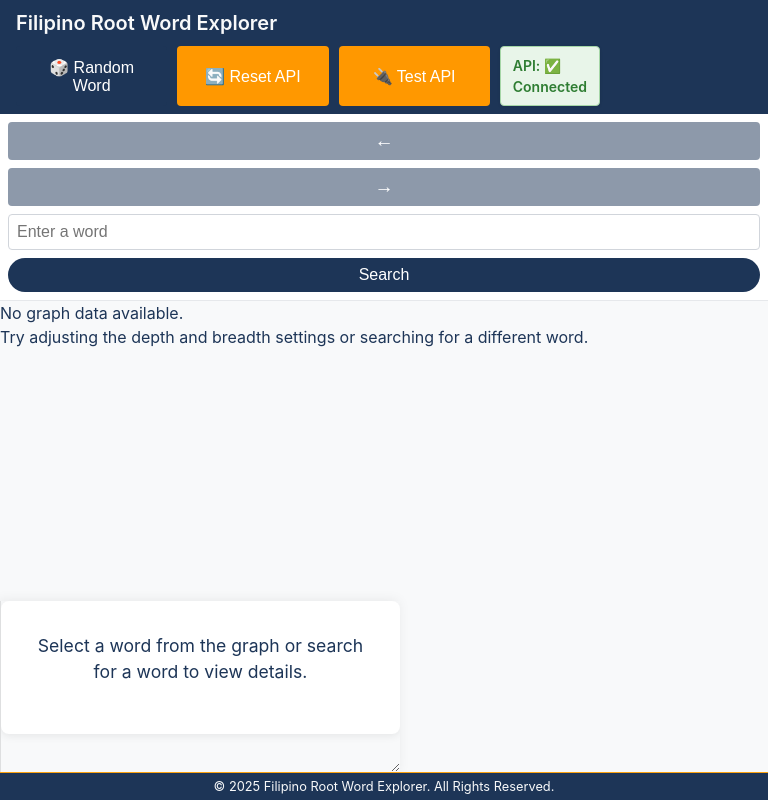
Repository: fish-and-bear/lexicon-gnn-ph
Page: /
These files come from the project's save history. The page is drawn as it stood at one moment and after the next save; the edit follows.
The browser window is 768 px wide. The pictures show the whole page.
The page's requests for data from a server got no answer. Some web fonts or font styles are not loaded; a fallback is used. The project was rebuilt for these pictures with package versions that can differ from the ones it lists, and the page was loaded fresh each time. No one was signed in, and anything a server would have sent is missing. Also part of the build but not shown: vite.config.js, src/components/WordGraphComponent.tsx, src/components/WordDetails.tsx, src/components/ErrorBoundary.tsx. Imported but missing from the stored project, and not drawn on this page: src/reportWebVitals.

Above is the page before, as saved 2025-03-03 20:21:06.

### public/index.html
<!DOCTYPE html>
<html lang="en">
  <head>
    <meta charset="utf-8" />
    <meta name="viewport" content="width=device-width, initial-scale=1" />
    <meta name="description" content="Explore the roots and relationships of Filipino words with our interactive Word Explorer." />

    <!-- Open Graph Meta Tags for Social Media Embedding -->
    <meta property="og:title" content="Filipino Root Word Explorer" />
    <meta property="og:description" content="Discover the intricate relationships and origins of Filipino words." />
    <meta property="og:image" content="/logo512.png" />
    <meta property="og:url" content="https://explorer.hapinas.net/" />
    <meta property="og:type" content="website" />

    <!-- Twitter Card Meta Tags -->
    <meta name="twitter:card" content="summary_large_image" />
    <meta name="twitter:title" content="Filipino Root Word Explorer" />
    <meta name="twitter:description" content="Explore the intricate relationships and origins of Filipino words with our interactive Word Explorer." />
    <meta name="twitter:image" content="/logo512.png" />

    <!-- Favicon and App Icons -->
    <link rel="icon" href="/logo512.png" />
    <link rel="apple-touch-icon" href="/logo512.png" />

    <!-- Fonts -->
    <link href="https://fonts.googleapis.com/css2?family=Playfair+Display:ital,wght@0,400;0,700;1,400&display=swap" rel="stylesheet">
    <link href="https://fonts.googleapis.com/css2?family=Roboto:wght@400;700&display=swap" rel="stylesheet">

    <!-- Manifest -->
    <link rel="manifest" href="/manifest.json" />

    <!-- Title -->
    <title>Filipino Root Word Explorer</title>
  </head>
  <body>
    <div id="root"></div>
  </body>
</html>

### src/index.tsx
import React from 'react';
import ReactDOM from 'react-dom/client';
import './styles/global.css';
import App from './App';
import reportWebVitals from './reportWebVitals';
import { resetCircuitBreaker } from './api/wordApi';

// Reset circuit breaker on application start
try {
  resetCircuitBreaker();
  console.log('Circuit breaker state cleared on startup');
} catch (e) {
  console.error('Error clearing circuit breaker state:', e);
}

const root = ReactDOM.createRoot(
  document.getElementById('root') as HTMLElement
);
root.render(
  <React.StrictMode>
    <App />
  </React.StrictMode>
);

// If you want to start measuring performance in your app, pass a function
// to log results (for example: reportWebVitals(console.log))
// or send to an analytics endpoint. Learn more: https://bit.ly/CRA-vitals
reportWebVitals();

### src/App.tsx
import React from 'react';
import WordExplorer from '../src/components/WordExplorer';
import { ThemeProvider } from '../src/contexts/ThemeContext';
import ErrorBoundary from '../src/components/ErrorBoundary';
import './App.css';

const App: React.FC = () => {
  return (
    <ErrorBoundary>
      <ThemeProvider>
        <div className="app">
          <WordExplorer />
        </div>
      </ThemeProvider>
    </ErrorBoundary>
  );
};

export default App;

### src/contexts/ThemeContext.tsx
import React, { createContext, useContext, useState, ReactNode } from 'react';

// Define the types for your context
interface ThemeContextType {
  theme: string;
  toggleTheme: () => void;
}

// Create the context with default values
const ThemeContext = createContext<ThemeContextType | undefined>(undefined);

export const ThemeProvider: React.FC<{ children: ReactNode }> = ({ children }) => {
  const [theme, setTheme] = useState('light');

  const toggleTheme = () => {
    setTheme((prevTheme) => (prevTheme === 'light' ? 'dark' : 'light'));
  };

  return (
    <ThemeContext.Provider value={{ theme, toggleTheme }}>
      <div className={theme}>{children}</div>
    </ThemeContext.Provider>
  );
};

// Custom hook to use the ThemeContext
export const useTheme = () => {
  const context = useContext(ThemeContext);
  if (!context) {
    throw new Error('useTheme must be used within a ThemeProvider');
  }
  return context;
};

// Export the ThemeContext for direct access if needed
export { ThemeContext };

// Optionally, export a toggle button component for convenience
export const ThemeToggleButton: React.FC = () => {
  const { theme, toggleTheme } = useTheme();

  return (
    <button onClick={toggleTheme}>
      Switch to {theme === 'light' ? 'dark' : 'light'} mode
    </button>
  );
};

### src/App.css
.app {
  margin: 0;
  padding: 0;
  font-family: 'Inter', sans-serif;
  background-color: var(--bg-color);
  color: var(--text-color);
}

### src/utils/sanitizer.ts
export function sanitizeInput(input: string): string {
    // Implement sanitization logic here
    return input.trim().toLowerCase();
  }

### src/components/index.ts
export { default as WordGraphComponent } from './WordGraphComponent';
export { default as WordDetails } from './WordDetails';

### src/components/WordExplorer.css
:root {
  --bg-color: #f8f9fa;
  --text-color: #1d3557;
  --primary-color: #1d3557;
  --secondary-color: #e63946;
  --accent-color: #fca311;
  --gold: #d4af37;
  --card-bg-color: #ffffff;
  --card-border-color: #e6e8eb;
  --input-bg-color: #ffffff;
  --input-border-color: #d1d5db;
  --button-color: #1d3557;
  --button-text-color: #ffffff;
  --graph-bg-color: #f1f5f9;
  --color-main: #1d3557;
  --color-derivative: #457b9d;
  --color-etymology: #2a9d8f;
  --color-root: #e63946;
  --color-associated: #fca311;
  --color-default: #6c757d;
  --node-text-color: #1d3557;
  --link-color: #1d3557;
  --selected-node-border-color: #e6e8eb;
  --card-bg-color-rgb: 255, 255, 255; /* for light theme */
  --definition-bg-color: #ffffff;
}

.dark {
  --bg-color: #0b0f1d;
  --header-color: #0b0f1d;
  --footer-color: #0b0f1d;
  --text-color: #d1c4a9;
  --text-color-white: #e0e4f5;
  --primary-color: #ffd166;
  --secondary-color: #b82e3d;
  --accent-color: #e09f3e;
  --gold: #d4af37;
  --red: #e63946;
  --source-color: #4a6fa5;
  --card-bg-color: #0b0f1d;
  --card-border-color: rgba(75, 86, 115, 0.2);
  --input-bg-color: #141824;
  --definition-bg-color: #0b0f1d;
  --input-border-color: #4a5575;
  --button-color: var(--text-color);
  --button-text-color: #0b0f1d;
  --graph-bg-color: #101625;
  --link-color: #7b9cc2;
  --color-main: #1d3557;
  --color-derivative: #457b9d;
  --color-etymology: #2a9d8f;
  --color-root: #e63946;
  --color-associated: #fca311;
  --color-default: #a2a8b2;
  --node-text-color: #e0e0e0;
  --selected-node-border-color: var(--text-color);
  --card-bg-color-rgb: 11, 15, 29; /* updated for dark theme */
}

body, html {
  margin: 0;
  padding: 0;
  font-family: 'Inter', sans-serif;
  background-color: var(--bg-color);
  color: var(--text-color);
  height: 100vh;
  overflow: hidden;
}

.word-explorer {
  display: flex;
  flex-direction: column;
  height: 100vh;
}

.header-content {
  display: flex;
  justify-content: space-between;
  align-items: center;
  padding: 0.5rem 1rem;
  background-color: var(--primary-color);
  color: var(--bg-color);
}

.dark .header-content {
  background-color: var(--header-color);
  color: var(--primary-color);
}

h1 {
  font-size: 1.25rem;
  font-weight: 600;
  margin: 0;
}

main {
  display: flex;
  flex: 1;
  overflow: hidden;
}

.graph-container {
  flex: 1;
  display: flex;
  flex-direction: column;
  overflow: hidden;
}

.graph-content {
  flex: 1;
  position: relative;
  overflow: hidden;
}

.details-container {
  padding: 0;
  overflow-y: auto;
  background-color: white;
  border-left: 1px solid rgba(0, 0, 0, 0.1);
  color: var(--text-color);
}

.no-word-selected {
  display: flex;
  flex-direction: column;
  align-items: center;
  justify-content: center;
  height: 100%;
  text-align: center;
  color: var(--text-secondary-color);
  padding: 2rem;
  background-color: var(--card-bg-color);
  border-radius: var(--radius-md);
  box-shadow: var(--card-shadow);
  transition: background-color 0.3s ease, color 0.3s ease, box-shadow 0.3s ease;
}

.dark .no-word-selected {
  background-color: rgba(23, 29, 49, 0.6);
  color: #e0e4f5;
  box-shadow: 0 4px 8px rgba(0, 0, 0, 0.2);
  border: 1px solid rgba(75, 86, 115, 0.4);
}

.no-word-selected p {
  margin-bottom: 1rem;
  font-size: 1.1rem;
}

.word-details h2 {
  color: var(--secondary-color);
  padding-bottom: 0.25rem;
}

.definition-card {
  background-color: var(--definition-bg-color);
  border: 1px solid var(--card-border-color);
  border-radius: 4px;
  padding: 0.75rem;
  margin-bottom: 1rem;
  transition: background-color 0.3s ease, border-color 0.3s ease, box-shadow 0.3s ease;
}

.dark .definition-card {
  background-color: rgba(23, 29, 49, 0.6);
  border-color: rgba(75, 86, 115, 0.4);
  color: #e0e4f5;
  box-shadow: 0 4px 8px rgba(0, 0, 0, 0.2);
}

.dark .definition-card:hover {
  box-shadow: 0 4px 12px rgba(0, 0, 0, 0.4);
  border-color: rgba(255, 209, 102, 0.3);
}

.dark .definition-card h3 {
  color: #ffd166;
}

.definition-card h3 {
  color: var(--secondary-color);
  margin-top: 0;
  margin-bottom: 0.5rem;
}

.definition-card ol {
  padding-left: 1.25rem;
  margin-bottom: 0.5rem;
}

.definition-card ol > li {
  margin-bottom: 0.5rem;
  line-height: 1.4;
}

.definition-card .source {
  font-size: 0.8rem;
  color: var(--accent-color);
  font-style: italic;
  display: block;
  margin-top: 0.25rem;
}

.dark .definition-card .source {
  color: #7b9cc2;
}

.word-list {
  list-style-type: none;
  padding: 0;
  display: flex;
  flex-wrap: wrap;
  gap: 0.5rem;
  margin-top: 0.75rem;
}

.word-list li {
  background-color: var(--input-bg-color);
  padding: 0.25rem 0.75rem;
  border-radius: 15px;
  font-size: 0.9rem;
  border: 1px solid var(--accent-color);
}

.dark .word-list li {
  background-color: rgba(23, 29, 49, 0.6);
  border-color: rgba(75, 86, 115, 0.4);
  color: #e0e4f5;
}

.dark .word-list li:hover {
  background-color: rgba(35, 45, 70, 0.8);
  border-color: rgba(255, 209, 102, 0.3);
  color: #ffd166;
}

.search-container {
  display: flex;
  align-items: stretch;
  gap: 0.5rem;
  padding: 0.5rem;
  background-color: var(--card-bg-color);
  border-bottom: 1px solid var(--card-border-color);
}

.search-input-container {
  position: relative;
  flex-grow: 1;
  display: flex;
}

.search-input {
  width: 100%;
  padding: 12px 16px;
  font-size: 16px;
  border: 2px solid #ddd;
  border-radius: 24px;
  transition: all 0.3s ease;
}

.search-input:focus {
  outline: none;
  border-color: #4a90e2;
  box-shadow: 0 0 0 3px rgba(74, 144, 226, 0.3);
}

.search-button {
  padding: 0.5rem 1rem;
  font-size: 1rem;
  background-color: var(--button-color);
  color: var(--button-text-color);
  border: none;
  border-radius: 24px;
  cursor: pointer;
  transition: background-color 0.3s, transform 0.1s;
  height: 100%;
  align-self: stretch;
}

.search-button:hover {
  background-color: var(--primary-color);
}

.search-button:active {
  transform: scale(0.95);
}

.search-suggestions {
  position: absolute;
  top: 100%;
  left: 0;
  right: 0;
  background-color: var(--input-bg-color);
  border: 1px solid var(--input-border-color);
  border-top: none;
  max-height: 200px;
  overflow-y: auto;
  z-index: 1000;
  list-style-type: none;
  padding: 0;
  margin: 0;
  display: block;
  box-shadow: 0 4px 6px rgba(0, 0, 0, 0.1);
  transition: background-color 0.3s ease, border-color 0.3s ease;
}

.search-suggestions li {
  padding: 10px;
  cursor: pointer;
  color: var(--text-color);
  transition: background-color 0.3s ease, color 0.3s ease;
}

.search-suggestions li:hover {
  background-color: var(--accent-color);
  color: var(--bg-color);
}

.word-explorer.dark .search-suggestions {
  background-color: rgba(23, 29, 49, 0.9);
  border-color: rgba(75, 86, 115, 0.4);
  box-shadow: 0 4px 8px rgba(0, 0, 0, 0.3);
}

.word-explorer.dark .search-suggestions li:hover {
  background-color: rgba(255, 209, 102, 0.2);
  color: #ffd166;
}

.search-loading {
  position: absolute;
  right: 16px;
  top: 50%;
  transform: translateY(-50%);
  color: #888;
}

@media (max-width: 768px) {
  .header-content {
    flex-direction: column;
    align-items: flex-start;
    gap: 0.5rem;
  }

  .search-container {
    flex-direction: column;
    align-items: stretch;
  }

  .search-input {
    font-size: 14px;
    padding: 10px 14px;
  }

  .search-suggestions li {
    padding: 10px 14px;
  }

  input[type="text"], button {
    width: 100%;
  }

  .word-details h2 {
    font-size: 1.3rem;
  }

  .definition-card {
    padding: 0.5rem;
  }

  .definition-card h3 {
    font-size: 1rem;
  }

  .word-list li {
    font-size: 0.8rem;
    padding: 0.2rem 0.4rem;
  }
}

input[type="text"] {
  flex: 1;
  padding: 0.5rem;
  font-size: 1rem;
  border: 1px solid var(--input-border-color);
  border-radius: 4px;
  background-color: var(--input-bg-color);
  color: var(--text-color);
}

button {
  padding: 0.5rem 1rem;
  font-size: 1rem;
  background-color: var(--button-color);
  color: var(--button-text-color);
  border: none;
  border-radius: 4px;
  cursor: pointer;
  transition: background-color 0.3s, transform 0.1s;
}

button:active {
  transform: scale(0.95);
}

button:hover {
  background-color: var(--primary-color);
}

.controls-container {
  display: flex;
  flex-wrap: wrap;
  justify-content: space-between;
  align-items: center;
  padding: 0.5rem;
  background-color: var(--card-bg-color);
  border-top: 1px solid var(--card-border-color);
}

.zoom-button, .reset-button {
  padding: 0.25rem 0.5rem;
  font-size: 0.9rem;
  background-color: var(--button-color);
  color: var(--button-text-color);
  border: none;
  border-radius: 4px;
  cursor: pointer;
  text-transform: uppercase;
  letter-spacing: 1px;
}

.graph-controls {
  display: flex;
  flex-wrap: wrap;
  gap: 1rem;
  flex-grow: 1;
}

.slider-container {
  display: flex;
  flex-direction: column;
  flex-grow: 1;
  min-width: 150px;
}

.footer {
  background-color: var(--text-color);
  color: var(--bg-color);
  text-align: center;
  padding: 0.25rem;
  font-size: 0.8rem;
  border-top: 1px solid var(--accent-color);
}

.dark .footer {
  background-color: var(--primary-color);
  color: var(--bg-color);
  border-top: 1px solid var(--gold);
}

.history-button {
  padding: 0.5rem;
  font-size: 1.2rem;
  background-color: var(--button-color);
  color: var(--button-text-color);
  border: none;
  border-radius: 4px;
  cursor: pointer;
  margin-right: 0.5rem;
  transition: opacity 0.3s ease;
}

.history-button:disabled {
  opacity: 0.5;
  cursor: not-allowed;
}

@media (max-width: 1024px) {
  .word-explorer {
    height: auto;
    min-height: 100vh;
  }

  main {
    flex-direction: column;
  }

  .graph-container {
    height: 50vh;
  }
}

@media (max-width: 480px) {
  h1 {
    font-size: 1.1rem;
  }

  .theme-toggle, .history-button {
    padding: 0.25rem;
    font-size: 0.8rem;
  }

  .word-details h2 {
    font-size: 1.2rem;
  }

  .definition-card h3 {
    font-size: 0.9rem;
  }

  .word-list li {
    font-size: 0.7rem;
    padding: 0.1rem 0.3rem;
  }

  .footer {
    font-size: 0.7rem;
    padding: 0.4rem;
  }
}

.loading-indicator {
  display: inline-block;
  width: 1rem;
  height: 1rem;
  border: 2px solid var(--button-text-color);
  border-radius: 50%;
  border-top-color: transparent;
  animation: spin 1s linear infinite;
  margin-left: 0.5rem;
}

@keyframes spin {
  0% { transform: rotate(0deg); }
  100% { transform: rotate(360deg); }
}

.loading-spinner {
  display: flex;
  flex-direction: column;
  align-items: center;
  justify-content: center;
  height: 100%;
  text-align: center;
  color: var(--text-secondary-color);
  padding: 2rem;
  background-color: var(--card-bg-color);
  border-radius: var(--radius-md);
  box-shadow: var(--card-shadow);
  font-size: 1.1rem;
}

.loading-spinner::before {
  content: "";
  width: 40px;
  height: 40px;
  margin-bottom: 1rem;
  border: 4px solid var(--card-border-color);
  border-top: 4px solid var(--accent-color);
  border-radius: 50%;
  animation: spin 1s linear infinite;
}

@keyframes spin {
  0% { transform: rotate(0deg); }
  100% { transform: rotate(360deg); }
}

/* Note: The word-details-container class is defined in global.css */

/* Word Content Tabs */
.word-content-tabs {
  display: flex;
  flex-wrap: wrap;
  gap: 0.5rem;
  padding: 0.75rem 1rem;
  background-color: #f8f9fa;
  border-bottom: 1px solid rgba(0, 0, 0, 0.08);
}

.tab-button {
  padding: 0.5rem 1rem;
  background-color: transparent;
  color: var(--text-color);
  border: 1px solid rgba(0, 0, 0, 0.08);
  border-radius: 0.5rem;
  cursor: pointer;
  font-size: 0.875rem;
  font-weight: 500;
  transition: all 0.2s ease;
  display: flex;
  align-items: center;
  gap: 0.5rem;
}

.tab-button:hover {
  background-color: #f1f5f9;
  transform: translateY(-1px);
}

.tab-button.active {
  background-color: var(--accent-color, #fca311);
  color: white;
  border-color: var(--accent-color, #fca311);
}

.tab-icon {
  font-size: 1.1em;
}

.word-content {
  padding: 1.5rem;
}

/* Fix for empty state */
.empty-state {
  display: flex;
  flex-direction: column;
  align-items: center;
  justify-content: center;
  padding: 2rem;
  text-align: center;
  background-color: rgba(0, 0, 0, 0.01);
  border-radius: 0.5rem;
  border: 1px dashed rgba(0, 0, 0, 0.1);
  margin: 1rem 0;
}

.empty-state p {
  margin-bottom: 1rem;
  color: var(--text-secondary, #6c757d);
}

.fetch-network-button {
  padding: 0.5rem 1rem;
  background-color: var(--accent-color, #fca311);
  color: white;
  border: none;
  border-radius: 0.25rem;
  cursor: pointer;
  font-weight: 500;
  transition: all 0.2s ease;
}

.fetch-network-button:hover {
  background-color: var(--accent-color-dark, #e76f51);
  transform: translateY(-1px);
}

.dark input[type="text"] {
  background-color: rgba(23, 29, 49, 0.6);
  border: 1px solid rgba(75, 86, 115, 0.4);
  color: #e0e4f5;
}

.dark input[type="text"]:focus {
  border-color: rgba(255, 209, 102, 0.5);
  box-shadow: 0 0 0 2px rgba(255, 209, 102, 0.2);
}

.dark button {
  background-color: rgba(75, 86, 115, 0.5);
  border: 1px solid rgba(75, 86, 115, 0.4);
  color: #ffd166;
}

.dark button:hover {
  background-color: rgba(75, 86, 115, 0.7);
  border-color: rgba(255, 209, 102, 0.3);
}

.dark .search-loading {
  color: #7b9cc2;
}

.dark .search-input {
  background-color: rgba(23, 29, 49, 0.6);
  border-color: rgba(75, 86, 115, 0.4);
  color: #e0e4f5;
}

.dark .search-input:focus {
  border-color: rgba(255, 209, 102, 0.5);
  box-shadow: 0 0 0 2px rgba(255, 209, 102, 0.2);
}

.dark .search-suggestions {
  background-color: rgba(23, 29, 49, 0.9);
  border-color: rgba(75, 86, 115, 0.4);
  box-shadow: 0 4px 8px rgba(0, 0, 0, 0.3);
}

.dark .search-suggestions li {
  color: #e0e4f5;
  border-bottom: 1px solid rgba(75, 86, 115, 0.2);
}

.dark .search-suggestions li:hover {
  background-color: rgba(255, 209, 102, 0.2);
  color: #ffd166;
}

.dark .search-button {
  background-color: rgba(75, 86, 115, 0.5);
  color: #ffd166;
  border-color: rgba(75, 86, 115, 0.4);
}

.dark .search-button:hover {
  background-color: rgba(75, 86, 115, 0.7);
  border-color: rgba(255, 209, 102, 0.3);
}

### src/components/Tabs.css
/* Tabs Component Styling - Compact Version */
:root {
  --tabs-bg-color: #ffffff;
  --tabs-border-color: #e0e0e0;
  --tab-text-color: #505050;
  --tab-hover-color: #707070;
  --tab-active-color: #0077cc;
  --tab-active-border: #0077cc;
  --tab-inactive-bg: transparent;
  --tab-hover-bg: rgba(0, 0, 0, 0.05);
  --content-bg-color: #ffffff;
  --transition-speed: 0.3s;
}

.dark {
  --tabs-bg-color: #0b0f1d;
  --tabs-border-color: rgba(75, 86, 115, 0.2);
  --tab-text-color: #a0a8c0;
  --tab-hover-color: #e0e4f5;
  --tab-active-color: #ffd166;
  --tab-active-border: #ffd166;
  --tab-inactive-bg: transparent;
  --tab-hover-bg: rgba(55, 65, 95, 0.5);
  --content-bg-color: #0b0f1d;
}

.word-content-tabs {
  display: flex;
  overflow-x: auto;
  background-color: var(--tabs-bg-color);
  border-bottom: 1px solid var(--tabs-border-color);
  transition: background-color 0.3s ease, border-color 0.3s ease;
  scrollbar-width: none;
  -ms-overflow-style: none;
  white-space: nowrap;
}

/* Force dark mode styles with higher specificity */
body .dark .word-content-tabs,
html .dark .word-content-tabs,
.dark.word-content-tabs,
.word-content-tabs.dark {
  background-color: #0b0f1d !important;
  border-bottom: 1px solid rgba(75, 86, 115, 0.2) !important;
}

.word-content-tabs::-webkit-scrollbar {
  display: none;
}

.tab-item {
  padding: 12px 16px;
  white-space: nowrap;
  color: var(--tab-text-color);
  cursor: pointer;
  transition: all 0.2s ease;
  position: relative;
  background-color: var(--tab-inactive-bg);
  user-select: none;
}

.tab-item:hover {
  color: var(--tab-hover-color);
  background-color: var(--tab-hover-bg);
}

.tab-item.active {
  color: var(--tab-active-color);
  position: relative;
}

.tab-item.active::after {
  content: '';
  position: absolute;
  bottom: 0;
  left: 0;
  width: 100%;
  height: 3px;
  background-color: var(--tab-active-border);
  transition: background-color 0.3s ease;
}

/* Force dark mode tab styling with higher specificity */
body .dark .tab-item,
html .dark .tab-item,
.dark .tab-item,
.dark.tab-item,
.tab-item.dark {
  color: #a0a8c0 !important;
  background-color: transparent !important;
}

body .dark .tab-item:hover,
html .dark .tab-item:hover,
.dark .tab-item:hover,
.dark.tab-item:hover,
.tab-item.dark:hover {
  color: #e0e4f5 !important;
  background-color: rgba(55, 65, 95, 0.5) !important;
}

body .dark .tab-item.active,
html .dark .tab-item.active,
.dark .tab-item.active,
.dark.tab-item.active,
.tab-item.dark.active {
  color: #ffd166 !important;
}

body .dark .tab-item.active::after,
html .dark .tab-item.active::after,
.dark .tab-item.active::after,
.dark.tab-item.active::after,
.tab-item.dark.active::after {
  background-color: #ffd166 !important;
}

.tab-icon {
  margin-right: 6px;
}

/* Content */
.word-content {
  padding: 16px;
  background-color: var(--content-bg-color);
  transition: background-color 0.3s ease;
}

/* Force dark mode content area styling */
body .dark .word-content,
html .dark .word-content,
.dark .word-content,
.dark.word-content,
.word-content.dark {
  background-color: #0b0f1d !important;
}

Loaded but not shown: src/components/WordExplorer.tsx (1450 lines, source omitted); src/styles/global.css (1694 lines, source omitted); src/components/WordDetails.css (1817 lines, source omitted); src/api/wordApi.ts (1007 lines, source omitted); src/components/WordGraph.css (456 lines, source omitted); src/utils/caching.ts (226 lines, source omitted)

After the next save:
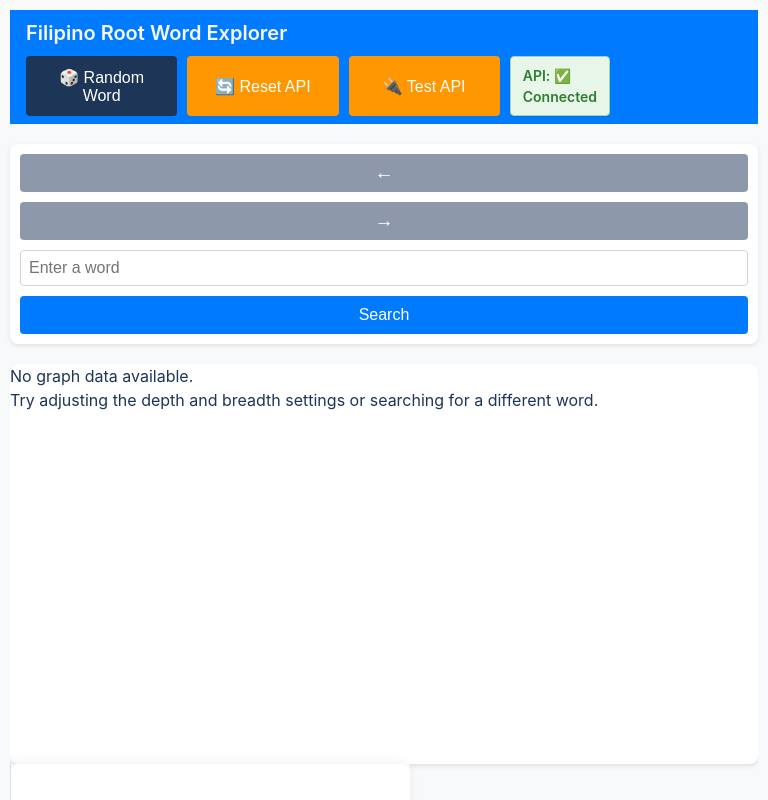
Saved 21 s later.
--- a/src/components/WordExplorer.css
+++ b/src/components/WordExplorer.css
@@ -70,7 +70,9 @@ body, html {
 .word-explorer {
   display: flex;
   flex-direction: column;
-  height: 100vh;
+  height: 100%;
+  padding: 20px;
+  gap: 20px;
 }
 
 .header-content {
@@ -101,9 +103,12 @@ main {
 
 .graph-container {
   flex: 1;
-  display: flex;
-  flex-direction: column;
+  position: relative;
+  background-color: var(--background-color);
+  border-radius: 8px;
+  box-shadow: 0 2px 4px rgba(0, 0, 0, 0.1);
   overflow: hidden;
+  min-height: 500px;
 }
 
 .graph-content {
@@ -236,11 +241,11 @@ main {
 
 .search-container {
   display: flex;
-  align-items: stretch;
-  gap: 0.5rem;
-  padding: 0.5rem;
-  background-color: var(--card-bg-color);
-  border-bottom: 1px solid var(--card-border-color);
+  gap: 10px;
+  padding: 10px;
+  background-color: var(--background-color);
+  border-radius: 8px;
+  box-shadow: 0 2px 4px rgba(0, 0, 0, 0.1);
 }
 
 .search-input-container {
@@ -250,39 +255,33 @@ main {
 }
 
 .search-input {
-  width: 100%;
-  padding: 12px 16px;
+  flex: 1;
+  padding: 10px;
+  border: 1px solid var(--border-color);
+  border-radius: 4px;
   font-size: 16px;
-  border: 2px solid #ddd;
-  border-radius: 24px;
-  transition: all 0.3s ease;
-}
-
-.search-input:focus {
-  outline: none;
-  border-color: #4a90e2;
-  box-shadow: 0 0 0 3px rgba(74, 144, 226, 0.3);
+  background-color: var(--input-background);
+  color: var(--text-color);
 }
 
 .search-button {
-  padding: 0.5rem 1rem;
-  font-size: 1rem;
-  background-color: var(--button-color);
-  color: var(--button-text-color);
+  padding: 10px 20px;
   border: none;
-  border-radius: 24px;
+  border-radius: 4px;
+  background-color: var(--primary-color);
+  color: white;
   cursor: pointer;
-  transition: background-color 0.3s, transform 0.1s;
-  height: 100%;
-  align-self: stretch;
+  font-size: 16px;
+  transition: background-color 0.2s;
 }
 
 .search-button:hover {
-  background-color: var(--primary-color);
-}
-
-.search-button:active {
-  transform: scale(0.95);
+  background-color: var(--primary-color-dark);
+}
+
+.search-button:disabled {
+  background-color: var(--disabled-color);
+  cursor: not-allowed;
 }
 
 .search-suggestions {
@@ -376,6 +375,14 @@ main {
     font-size: 0.8rem;
     padding: 0.2rem 0.4rem;
   }
+
+  .word-explorer {
+    padding: 10px;
+  }
+
+  .graph-container {
+    min-height: 400px;
+  }
 }
 
 input[type="text"] {
@@ -614,21 +621,12 @@ button:hover {
 
 /* Fix for empty state */
 .empty-state {
-  display: flex;
-  flex-direction: column;
-  align-items: center;
-  justify-content: center;
-  padding: 2rem;
+  position: absolute;
+  top: 50%;
+  left: 50%;
+  transform: translate(-50%, -50%);
   text-align: center;
-  background-color: rgba(0, 0, 0, 0.01);
-  border-radius: 0.5rem;
-  border: 1px dashed rgba(0, 0, 0, 0.1);
-  margin: 1rem 0;
-}
-
-.empty-state p {
-  margin-bottom: 1rem;
-  color: var(--text-secondary, #6c757d);
+  color: var(--text-color-secondary);
 }
 
 .fetch-network-button {
@@ -710,3 +708,49 @@ button:hover {
   background-color: rgba(75, 86, 115, 0.7);
   border-color: rgba(255, 209, 102, 0.3);
 }
+
+/* Theme variables */
+.theme-light {
+  --background-color: #ffffff;
+  --text-color: #333333;
+  --text-color-secondary: #666666;
+  --border-color: #dddddd;
+  --input-background: #ffffff;
+  --primary-color: #007bff;
+  --primary-color-dark: #0056b3;
+  --disabled-color: #cccccc;
+  --error-color: #dc3545;
+  --error-background: #f8d7da;
+}
+
+.theme-dark {
+  --background-color: #1a1a1a;
+  --text-color: #ffffff;
+  --text-color-secondary: #cccccc;
+  --border-color: #444444;
+  --input-background: #333333;
+  --primary-color: #0d6efd;
+  --primary-color-dark: #0a58ca;
+  --disabled-color: #666666;
+  --error-color: #dc3545;
+  --error-background: #2c1f21;
+}
+
+/* Responsive styles */
+@media (max-width: 768px) {
+  .word-explorer {
+    padding: 10px;
+  }
+
+  .search-container {
+    flex-direction: column;
+  }
+
+  .search-button {
+    width: 100%;
+  }
+
+  .graph-container {
+    min-height: 400px;
+  }
+}
